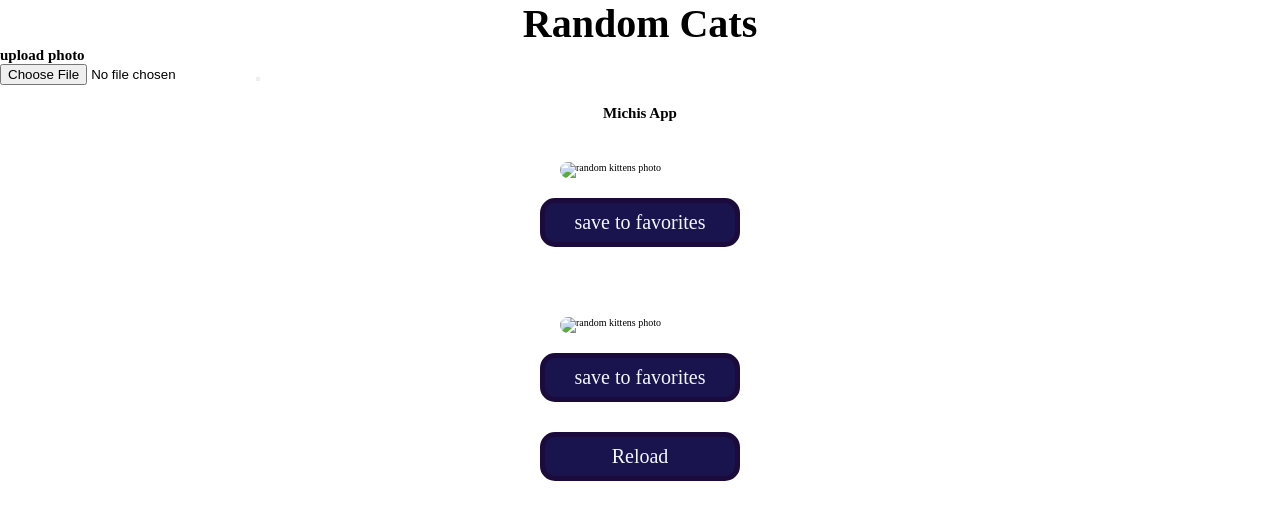
Repository: elto82/ConsumoAPIRESTjs
Page: index.html
An editor plug-in stored every save of this project. The page is shown before and after the next save, followed by the edit.
The browser window is 1280 px wide. The pictures show the whole page.
The page's requests for data from a server got no answer.

Above is the page before, as saved 2022-07-03 20:25:29.

After the next save:
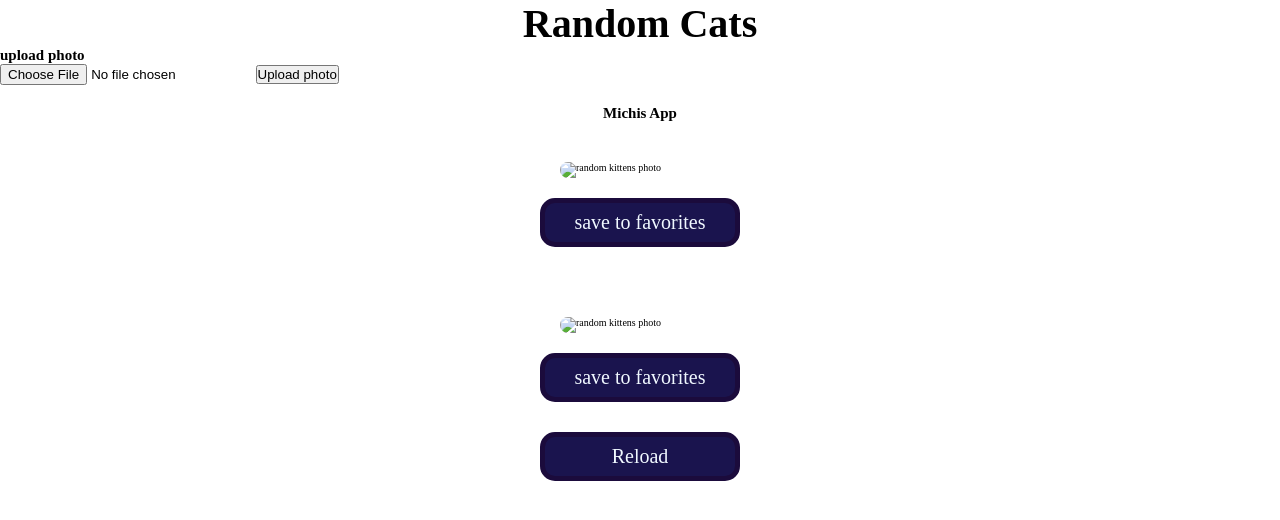
Saved 94 s later.
--- a/index.html
+++ b/index.html
@@ -17,7 +17,7 @@
     <h2>upload photo</h2>
     <form id="uploadingForm"></form>
     <input id="file" type="file" name="file">
-    <button type="button"></button>
+    <button type="button" onclick="">Upload photo</button>
   </section>
 
   <section id="randomMichis" class="container">
